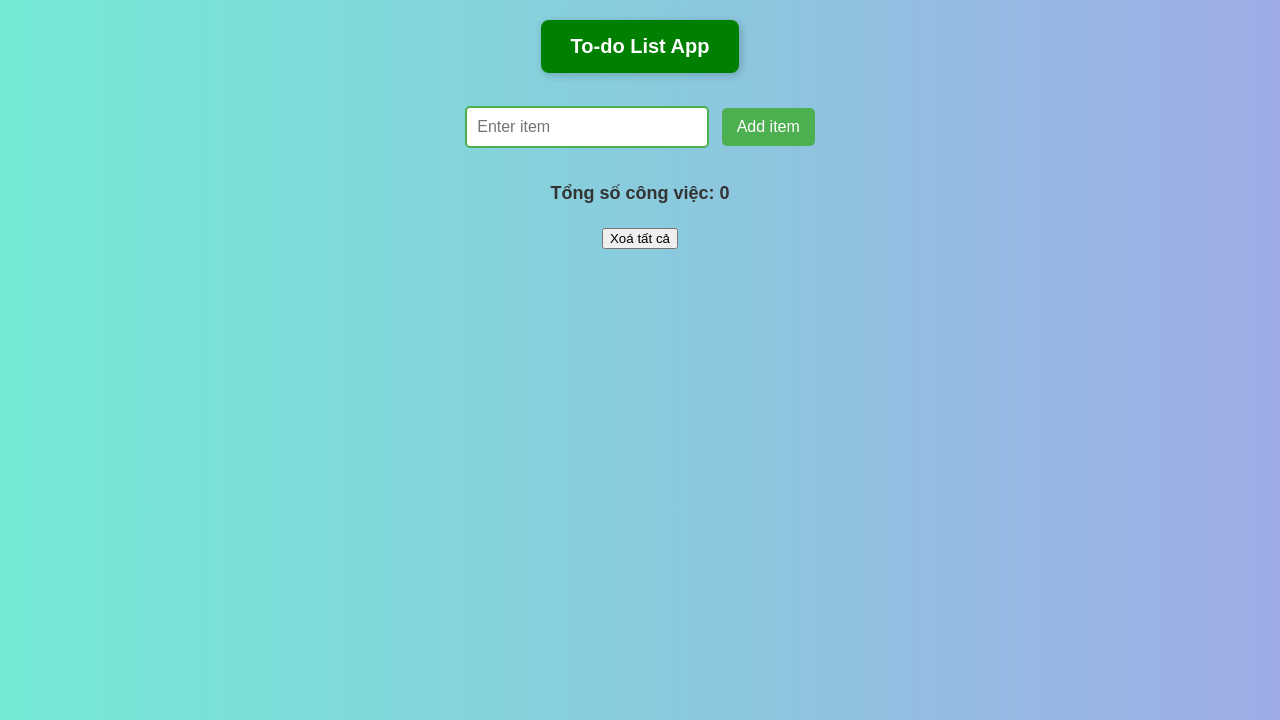
Repository: binhphanbp/WEB2064_JavaScript-Advanced_WD20305
Page: lesson4/lesson4.html
These files come from the project's save history. The page is drawn as it stood at one moment and after the next save; the edit follows.
The browser window is 1280 px wide. The pictures show the whole page.

Above is the page before, as saved 2025-09-24 12:24:44.

### lesson4/lesson4.html
<!DOCTYPE html>
<html lang="en">
  <head>
    <meta charset="UTF-8" />
    <meta name="viewport" content="width=device-width, initial-scale=1.0" />
    <title>Document</title>

    <style>
      body {
        font-family: Arial, sans-serif;
        background: linear-gradient(to right, #74ebd5, #9face6);
        margin: 0;
        padding: 0;
        display: flex;
        flex-direction: column;
        align-items: center;
        min-height: 100vh;
      }

      h1 {
        margin-top: 20px;
        font-size: 28px;
        background-color: #4caf50;
        color: white;
        padding: 15px 30px;
        border-radius: 8px;
        box-shadow: 2px 2px 8px rgba(0, 0, 0, 0.2);
      }

      #divTodo {
        margin: 20px 0;
      }

      #divTodo input {
        padding: 10px;
        font-size: 16px;
        border: 2px solid #4caf50;
        border-radius: 5px;
        outline: none;
        width: 220px;
        transition: 0.3s;
      }

      #divTodo input:focus {
        border-color: #2e7d32;
        box-shadow: 0 0 6px rgba(46, 125, 50, 0.5);
      }

      #divTodo button {
        padding: 10px 15px;
        margin-left: 8px;
        font-size: 16px;
        color: white;
        background-color: #4caf50;
        border: none;
        border-radius: 5px;
        cursor: pointer;
        transition: 0.3s;
      }

      #divTodo button:hover {
        background-color: #2e7d32;
      }

      #ulTag {
        list-style-type: none;
        padding: 0;
        margin: 0;
        width: 300px;
      }

      #ulTag li {
        background-color: #fff;
        margin: 8px 0;
        padding: 10px 15px;
        border-radius: 5px;
        display: flex;
        justify-content: space-between;
        align-items: center;
        box-shadow: 2px 2px 5px rgba(0, 0, 0, 0.1);
        cursor: pointer;
        transition: 0.3s;
      }

      #ulTag li:hover {
        background-color: #f1f1f1;
      }

      #ulTag li.completed {
        text-decoration: line-through;
        color: gray;
        background-color: #e0e0e0;
      }

      #ulTag li button {
        background-color: crimson;
        border: none;
        color: white;
        padding: 5px 10px;
        font-size: 14px;
        border-radius: 5px;
        cursor: pointer;
        transition: 0.3s;
      }

      #ulTag li button:hover {
        background-color: darkred;
      }

      h4 {
        margin-top: 15px;
        font-size: 18px;
        color: #333;
      }
    </style>
  </head>
  <body>
    <h1 id="h1Tag">To-do List App</h1>
    <div id="divTodo"></div>
    <ul id="ulTag"></ul>

    <script>
      const h1Tag = document.getElementById('h1Tag');
      const divTodo = document.getElementById('divTodo');
      const ulTag = document.getElementById('ulTag');

      // 1. Sử dụng style
      h1Tag.style = 'background-color: green; color: white';
      h1Tag.style.fontSize = '20px';

      // 2. Sử dụng với className
      h1Tag.className = 'styleH1';

      // 3. Sử dụng classList
      h1Tag.classList.add('anotherStyleH1');
      h1Tag.classList.remove('anotherStyleH1');

      // 4. Thêm một phần tử mới bằng createElement
      // const liTag = document.createElement('li');
      // liTag.innerText = 'Learn JavaScript Advanced';
      // ulTag.appendChild(liTag);

      // 5. Thêm phần tử bằng HTML
      divTodo.innerHTML = `
        <input type="text" placeholder="Enter item">
        <button id = 'btnAdd' type="submit">Add item</button>
      `;

      // Chọn phần tử input, button. Bấm nút thêm thì lấy giá trị trong input
      const inputTag = document.querySelector('input');
      const btnAdd = document.querySelector('#btnAdd');

      btnAdd.addEventListener('click', () => {
        const liTag = document.createElement('li');
        const btnDelete = document.createElement('button');
        const inputValue = inputTag.value;
        liTag.innerText = inputValue;
        liTag.addEventListener('click', () => {
          liTag.classList.toggle('completed');
        });

        // insertAdjacentElement
        ulTag.insertAdjacentElement('beforeend', liTag);

        inputTag.value = '';

        updateTaskCount();
      });

      // 6. Chèn phần tử bằng after
      const h4Tag = document.createElement('h4');
      const updateTaskCount = () => {
        const totalTasks = document.querySelectorAll('li').length;

        h4Tag.innerText = `Tổng số công việc: ${totalTasks}`;
        ulTag.after(h4Tag);
      };
      updateTaskCount();

      // 7. Xoá phần tử
      const btnDelAlt = document.createElement('button');
      btnDelAlt.innerText = 'Xoá tất cả';
      btnDelAlt.addEventListener('click', () => {
        const liTags = document.querySelectorAll('li');
        liTags.forEach((liTag) => {
          liTag.remove();
        });
      });
      h4Tag.after(btnDelAlt);
    </script>
  </body>
</html>

After the next save:
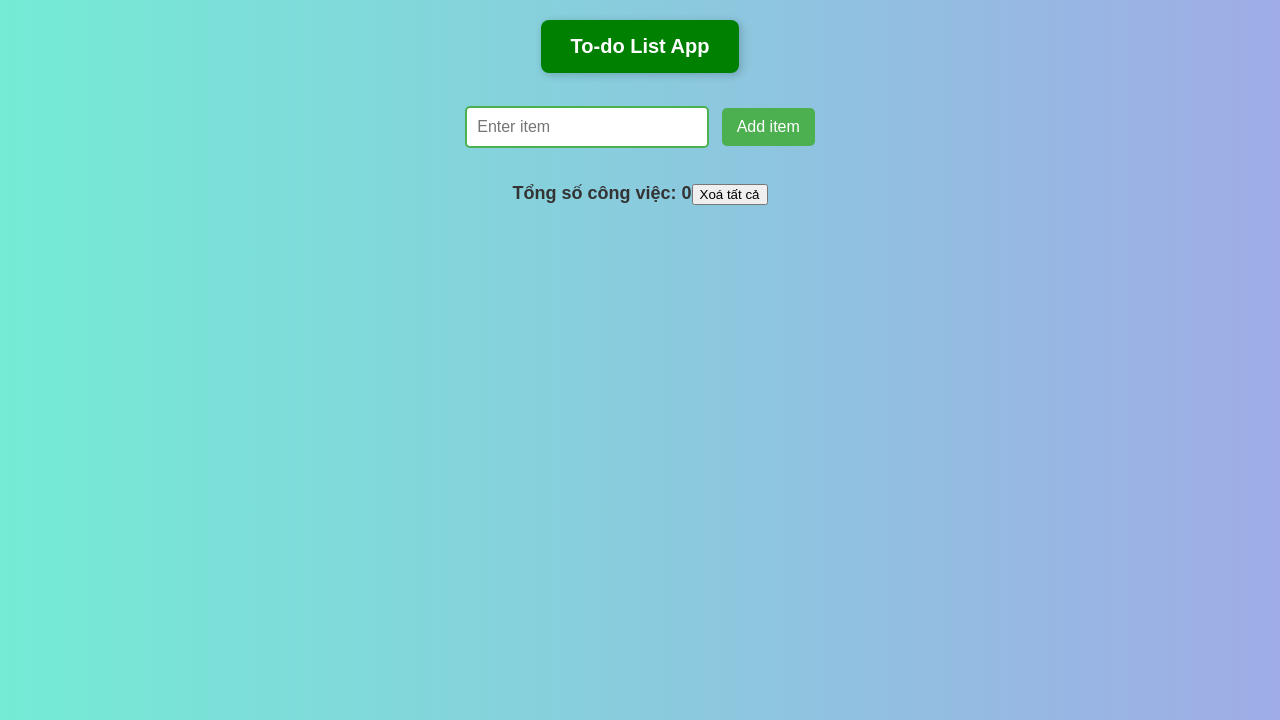
Saved 19 s later.
--- a/lesson4/lesson4.html
+++ b/lesson4/lesson4.html
@@ -186,7 +186,7 @@
           liTag.remove();
         });
       });
-      h4Tag.after(btnDelAlt);
+      h4Tag.appendChild(btnDelAlt);
     </script>
   </body>
 </html>
